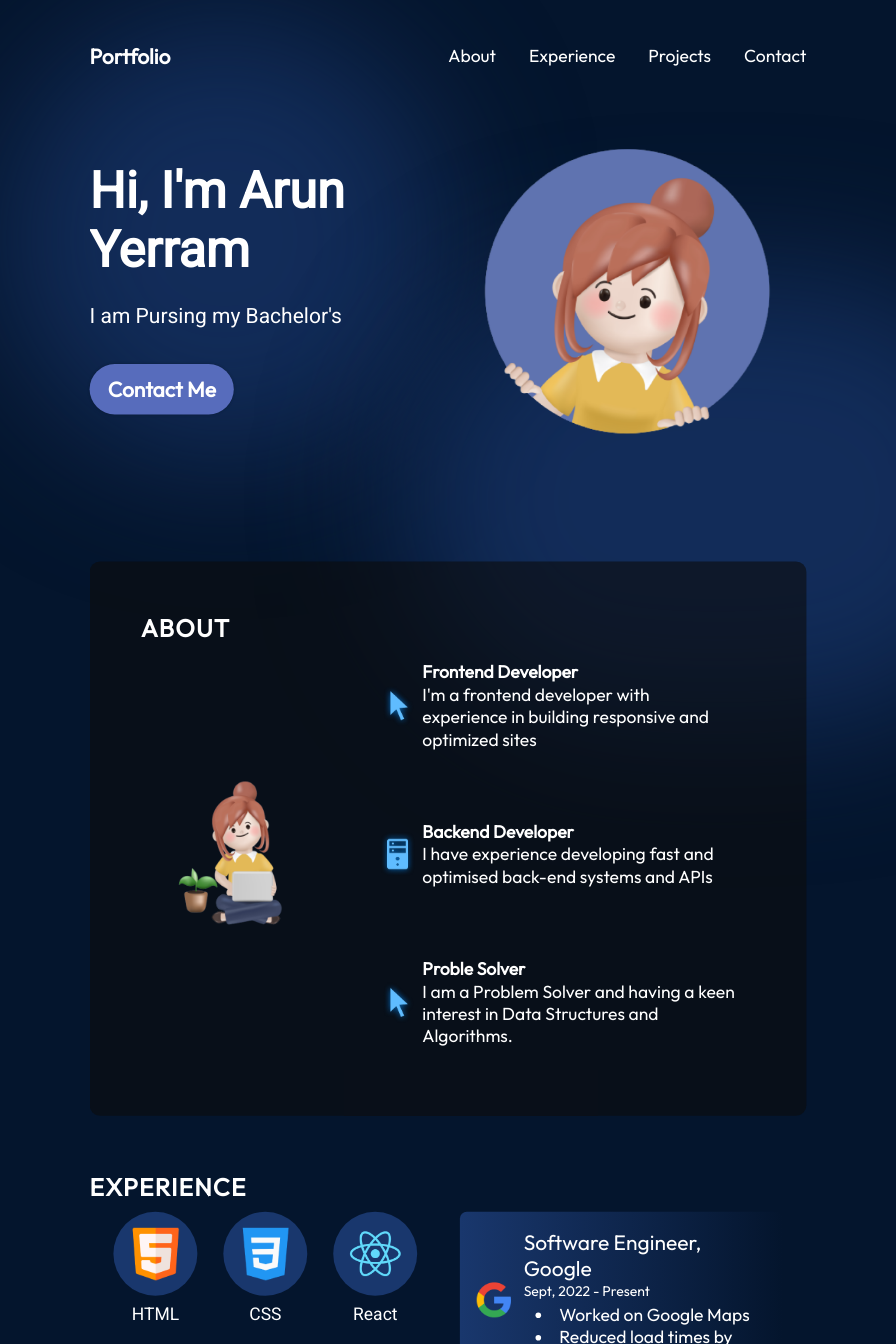
Repository: ARUN-YERRAM/Arun-Yerram-s-Portfolio-Website
Page: /
The author's editor kept a copy of each file at every save. The page is drawn from the files as they stood at one save, then again after the next save.
The browser window is 1280 px wide. The pictures show the part of the page from y = 0 to 1920 px (the page is 4237 px tall), at 70% of full size.
The project was rebuilt for these pictures with package versions that can differ from the ones it lists, and the page was loaded fresh each time. Also part of the build but not shown: vite.config.js.

Above is the page before, as saved 2024-03-02 06:04:24.

After the next save:
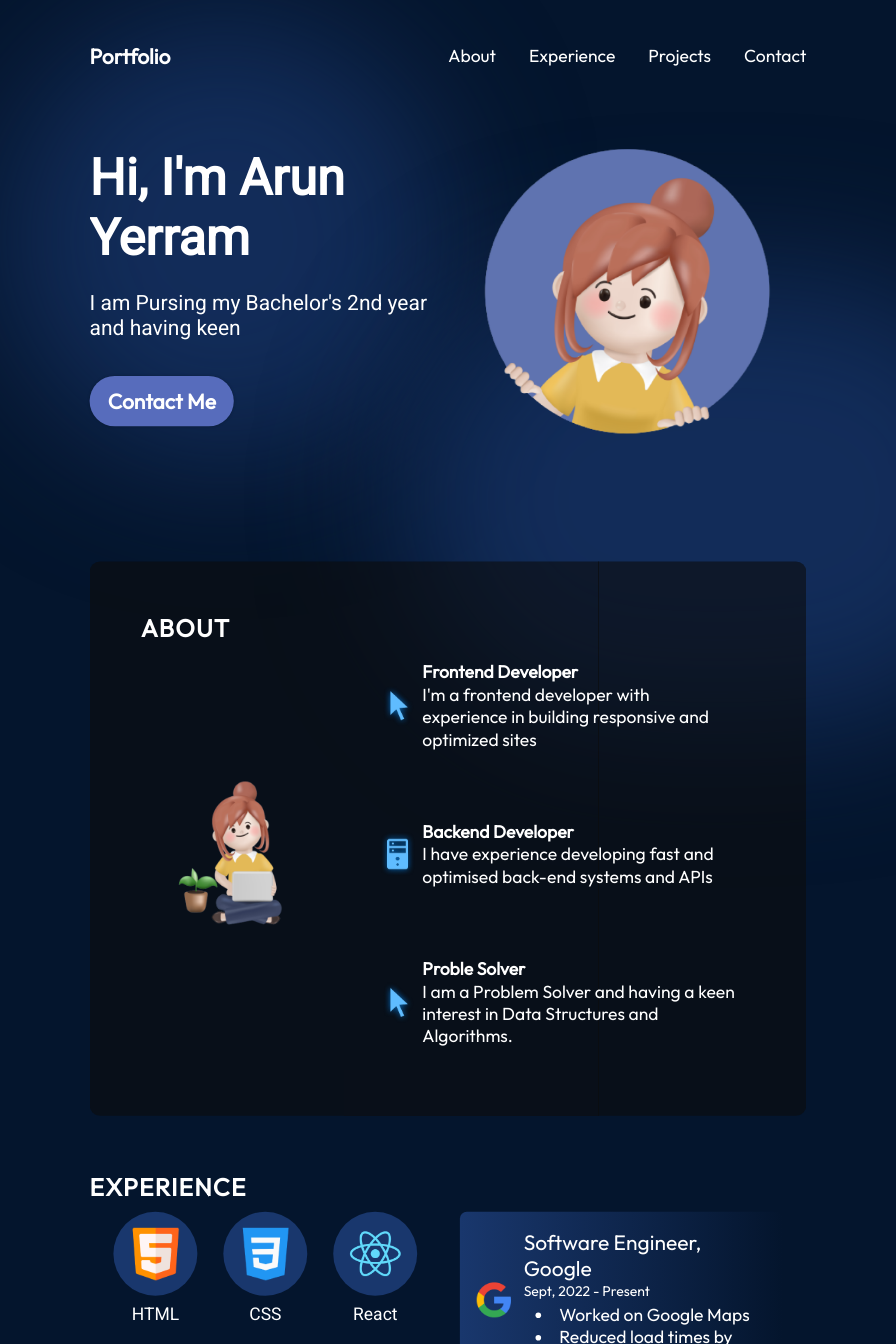
Saved 9 s later.
--- a/src/components/Hero/Hero.jsx
+++ b/src/components/Hero/Hero.jsx
@@ -11,7 +11,7 @@
         <p className={styles.description}>
           {/* I'm a full-stack developer with 5 years of experience using React and */}
           {/* NodeJS. Reach out if you'd like to learn more! */}
-          I am Pursing my Bachelor's
+          I am Pursing my Bachelor's 2nd year and having keen
 
         </p>
         <a href="mailto:myemail@email.com" className={styles.contactBtn}>
